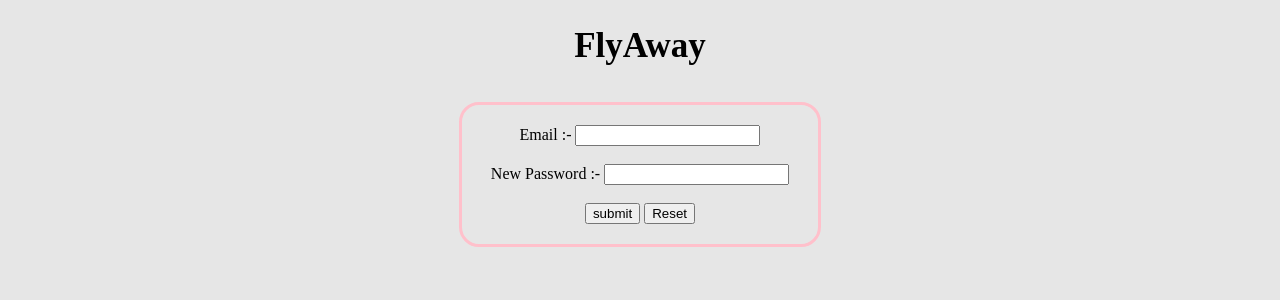
Repository: badrilogaram/Phase-two-project
Page: http://localhost/FlyAway-master/ForgotPassword.jsp
The author's editor kept a copy of each file at every save. The page is drawn from the files as they stood at one save, then again after the next save.
The browser window is 1280 px wide. The pictures show the whole page.
The page is served by Tomcat 9. Other server files are loaded and not shown.

Above is the page before, as saved 2021-05-27 23:14:50.

### FlyAway-master/src/main/webapp/ForgotPassword.jsp
<%@ page language="java" contentType="text/html; charset=ISO-8859-1"
    pageEncoding="ISO-8859-1"%>
<!DOCTYPE html>
<html>
<head>
<meta charset="ISO-8859-1">
<title>Insert title here</title>
</head>
<body style="background-color:rgb(230,230,230)">
<br>
<center>
<a href=HomePage.jsp style="color:black;text-decoration:none ;font-size:35px;font-weight:bold;">FlyAway</a>
</center>
<br><br>

<center>
<div style="border:3px solid pink;width:25%;border-radius:20px;padding:20px">
<form action=ForgotPassword method=post>
	<label for=email>Email :-</label> <input type="email" name=email id=email /><br><br>
	<label for=pass>New Password :-</label> <input type="password" name=password id=pass /><br><br>
	<input type=submit value=submit /> <input type=reset />
</form>
</div>
</center>

</body>
</html>

After the next save:
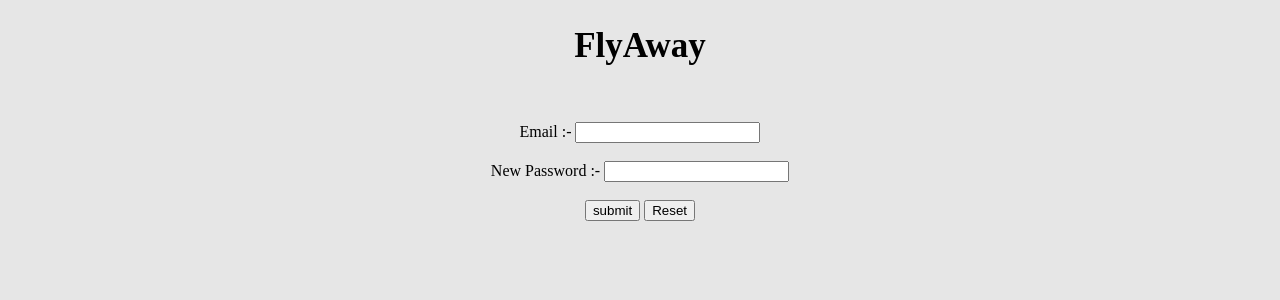
Saved 20 s later.
--- a/FlyAway-master/src/main/webapp/ForgotPassword.jsp
+++ b/FlyAway-master/src/main/webapp/ForgotPassword.jsp
@@ -14,7 +14,7 @@
 <br><br>
 
 <center>
-<div style="border:3px solid pink;width:25%;border-radius:20px;padding:20px">
+<div style="border:3px Navy;width:25%;border-radius:20px;padding:20px">
 <form action=ForgotPassword method=post>
 	<label for=email>Email :-</label> <input type="email" name=email id=email /><br><br>
 	<label for=pass>New Password :-</label> <input type="password" name=password id=pass /><br><br>
